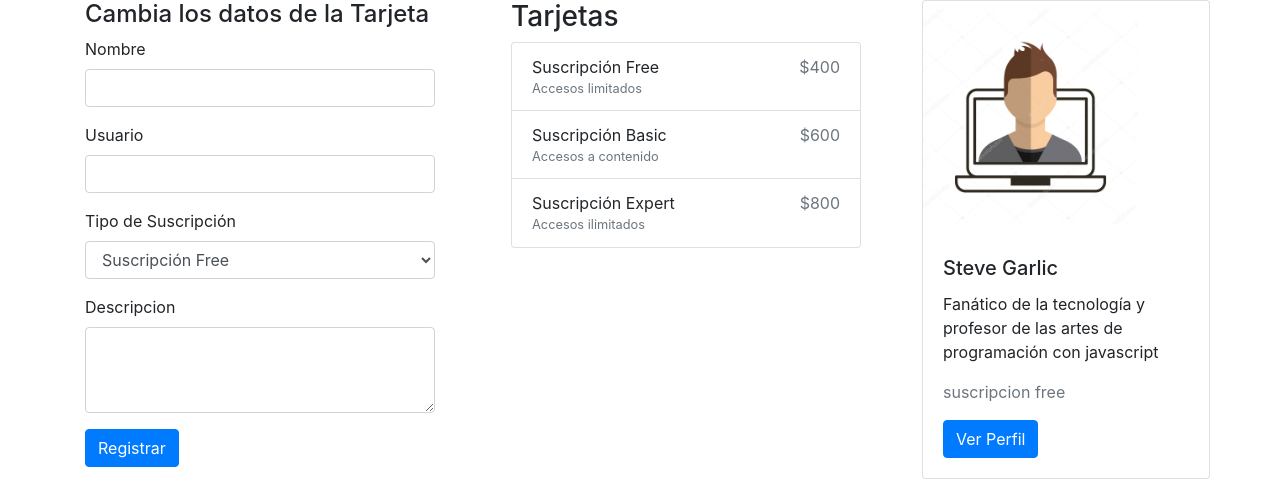
Repository: pedro-donoso/manipulacion-dom
Page: index.html
An editor plug-in stored every save of this project. The page is shown before and after the next save, followed by the edit.
The browser window is 1280 px wide. The pictures show the part of the page from y = 602 to 1085 px (the page is 1085 px tall).

Above is the page before, as saved 2024-02-06 14:27:01.

After the next save:
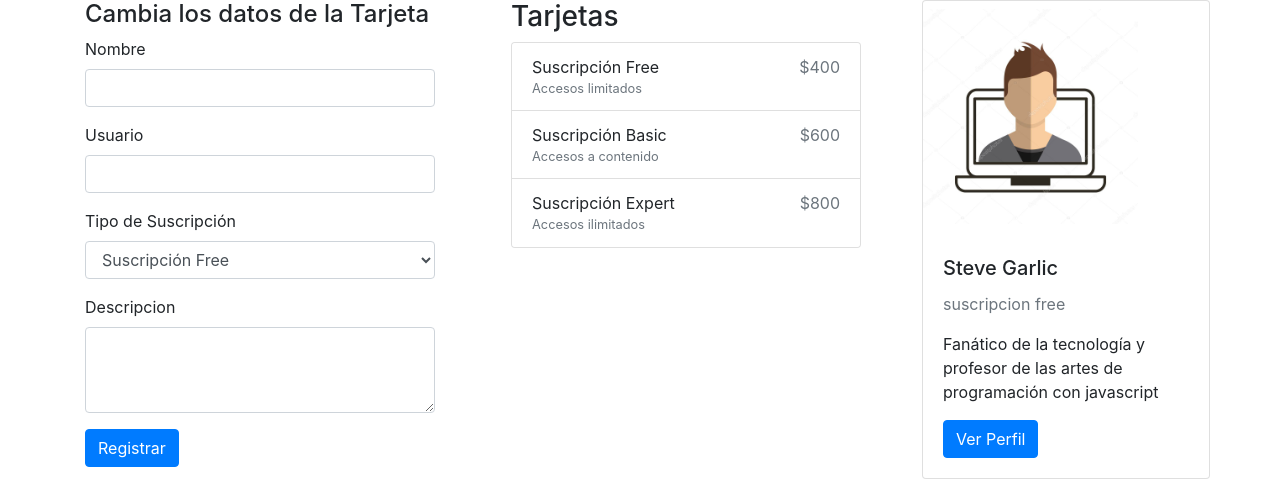
Saved 4 s later.
--- a/app.js
+++ b/app.js
@@ -50,9 +50,9 @@ const crearTarjeta = () => {
         <div class="card-body">
         <h4 class="card-title">${autor.usuario}</h4>
             <h5 class="card-title">${autor.nombre}</h5>
+             <p class="text-muted">${autor.suscripcion}</p>
+            <p class="card-text">${autor.descripcion}</p>
 
-            <p class="card-text">${autor.descripcion}</p>
-            <p class="text-muted">${autor.suscripcion}</p>
             <button class="btn btn-primary" onclick="eventoClick(event)">Ver Perfil</button>
         </div>
     </div>`;
